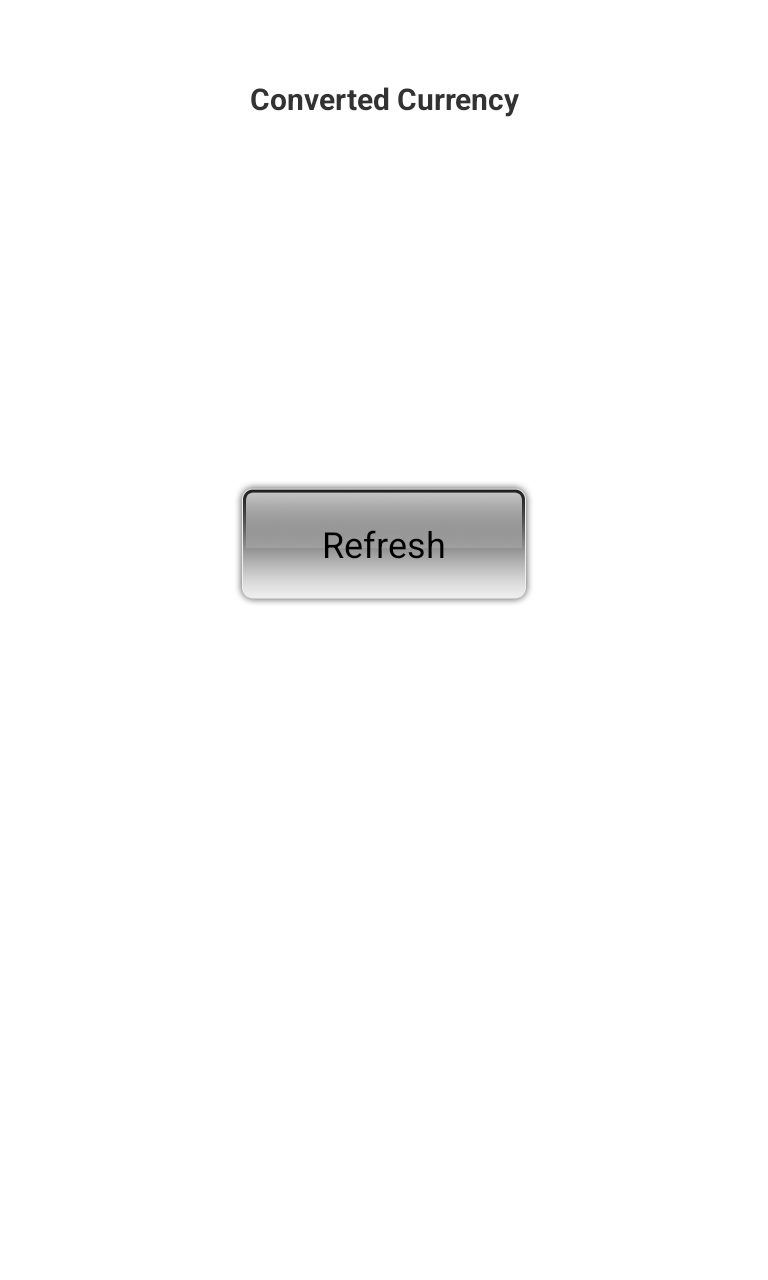
Repository: efreestone/MDF3_Freestone
Layout: ConvertIt/res/layout/activity_main.xml
The author's editor kept a copy of each file at every save. The layout is drawn from the files as they stood at one save, then again after the next save.
It is drawn on a 768 x 1280 px phone screen (xhdpi) without system bars, with theme AppTheme; the app's code is not run.

Above is the layout before, as saved 2014-07-11 01:35:11.

### ConvertIt/res/layout/activity_main.xml
<?xml version="1.0" encoding="utf-8"?>
<LinearLayout xmlns:android="http://schemas.android.com/apk/res/android"
    android:id="@+id/parentView"
    android:layout_width="match_parent"
    android:layout_height="match_parent"
    android:orientation="vertical"
    >

    <TextView
        android:id="@+id/usdTV"
        android:layout_width="match_parent"
        android:layout_height="wrap_content"
        android:layout_marginTop="20dp"
        android:layout_margin="10dp"
        android:gravity="center" />

    <TextView
        android:id="@+id/convertedLabel"
        android:layout_width="match_parent"
        android:layout_height="wrap_content"
        android:gravity="center"
        android:textStyle="bold"
        android:textSize="15dp"
        android:layout_marginBottom="5dp"
        android:text="@string/convertedLabelString"/>

    <TextView
        android:id="@+id/eurTV"
        android:layout_width="match_parent"
        android:layout_height="wrap_content"
        android:gravity="center" />

    <TextView
        android:id="@+id/gbpTV"
        android:layout_width="match_parent"
        android:layout_height="wrap_content"
        android:gravity="center" />

    <TextView
        android:id="@+id/inrTV"
        android:layout_width="match_parent"
        android:layout_height="wrap_content"
        android:gravity="center" />

    <TextView
        android:id="@+id/cadTV"
        android:layout_width="match_parent"
        android:layout_height="wrap_content"
        android:gravity="center" />

    <TextView
        android:id="@+id/audTV"
        android:layout_width="match_parent"
        android:layout_height="wrap_content"
        android:gravity="center" />

    <TextView
        android:id="@+id/mxnTV"
        android:layout_width="match_parent"
        android:layout_height="wrap_content"
        android:gravity="center" />

    <TextView
        android:id="@+id/cnyTV"
        android:layout_width="match_parent"
        android:layout_height="wrap_content"
        android:gravity="center" />

    <TextView
        android:id="@+id/myrTV"
        android:layout_width="match_parent"
        android:layout_height="wrap_content"
        android:gravity="center" />

    <TextView
        android:id="@+id/aedTV"
        android:layout_width="match_parent"
        android:layout_height="wrap_content"
        android:gravity="center" />

    <Button
        android:id="@+id/refreshButton"
        android:layout_width="wrap_content"
        android:layout_height="wrap_content"
        android:layout_gravity="center"
        android:layout_margin="5dp"
        android:clickable="true"
        android:background="@drawable/button_background"
        android:text="@string/refreshButton"
        android:width="150dp" />



</LinearLayout>

### ConvertIt/res/values/strings.xml
<?xml version="1.0" encoding="utf-8"?>
<resources>

    <string name="app_name">MDF3Project1</string>
    <string name="hello_world">Hello world!</string>
    <string name="action_settings">Settings</string>

    <string name="refreshButton">Refresh</string>

    <string name="noConnectionTitle">Connection Error</string>
    <string name="noConnectionAlert">This application requires internet access. Please check your network connection and try again.</string>

    <string name="noFileTitle">File does not exist</string>
    <string name="noFileAlert">The file does not exist on your device so it was requested from the API. Select Refresh to update the ListView</string>

    <string name="convertedLabelString">Converted Currency</string>

</resources>

### ConvertIt/res/drawable-hdpi/button_background.xml
<?xml version="1.0" encoding="utf-8"?>
<selector xmlns:android="http://schemas.android.com/apk/res/android" >
    <!-- Button Image when pressed -->
    <item
        android:drawable="@drawable/gradient_pressed_9patch"
        android:state_pressed="true"/>

    <!-- Button Image -->
    <item
        android:drawable="@drawable/gradient_9patch"/>



</selector>

### ConvertIt/res/drawable-ldpi/button_background.xml
<?xml version="1.0" encoding="utf-8"?>
<selector xmlns:android="http://schemas.android.com/apk/res/android" >
    <!-- Button Image when pressed -->
    <item
        android:drawable="@drawable/gradient_pressed_9patch"
        android:state_pressed="true"/>

    <!-- Button Image -->
    <item
        android:drawable="@drawable/gradient_9patch"/>



</selector>

### ConvertIt/res/drawable-mdpi/button_background.xml
<?xml version="1.0" encoding="utf-8"?>
<selector xmlns:android="http://schemas.android.com/apk/res/android" >
    <!-- Button Image when pressed -->
    <item
        android:drawable="@drawable/gradient_pressed_9patch"
        android:state_pressed="true"/>

    <!-- Button Image -->
    <item
        android:drawable="@drawable/gradient_9patch"/>



</selector>

### ConvertIt/res/drawable-xhdpi/button_background.xml
<?xml version="1.0" encoding="utf-8"?>
<selector xmlns:android="http://schemas.android.com/apk/res/android" >
    <!-- Button Image when pressed -->
    <item
        android:drawable="@drawable/gradient_pressed_9patch"
        android:state_pressed="true"/>

    <!-- Button Image -->
    <item
        android:drawable="@drawable/gradient_9patch"/>



</selector>

### ConvertIt/res/drawable-xxhdpi/button_background.xml
<?xml version="1.0" encoding="utf-8"?>
<selector xmlns:android="http://schemas.android.com/apk/res/android" >
    <!-- Button Image when pressed -->
    <item
        android:drawable="@drawable/gradient_pressed_9patch"
        android:state_pressed="true"/>

    <!-- Button Image -->
    <item
        android:drawable="@drawable/gradient_9patch"/>



</selector>

Loaded but not shown: ConvertIt/res/values/styles.xml (common file); ConvertIt/res/values-v11/styles.xml (common file); ConvertIt/res/values-v14/styles.xml (common file)

After the next save:
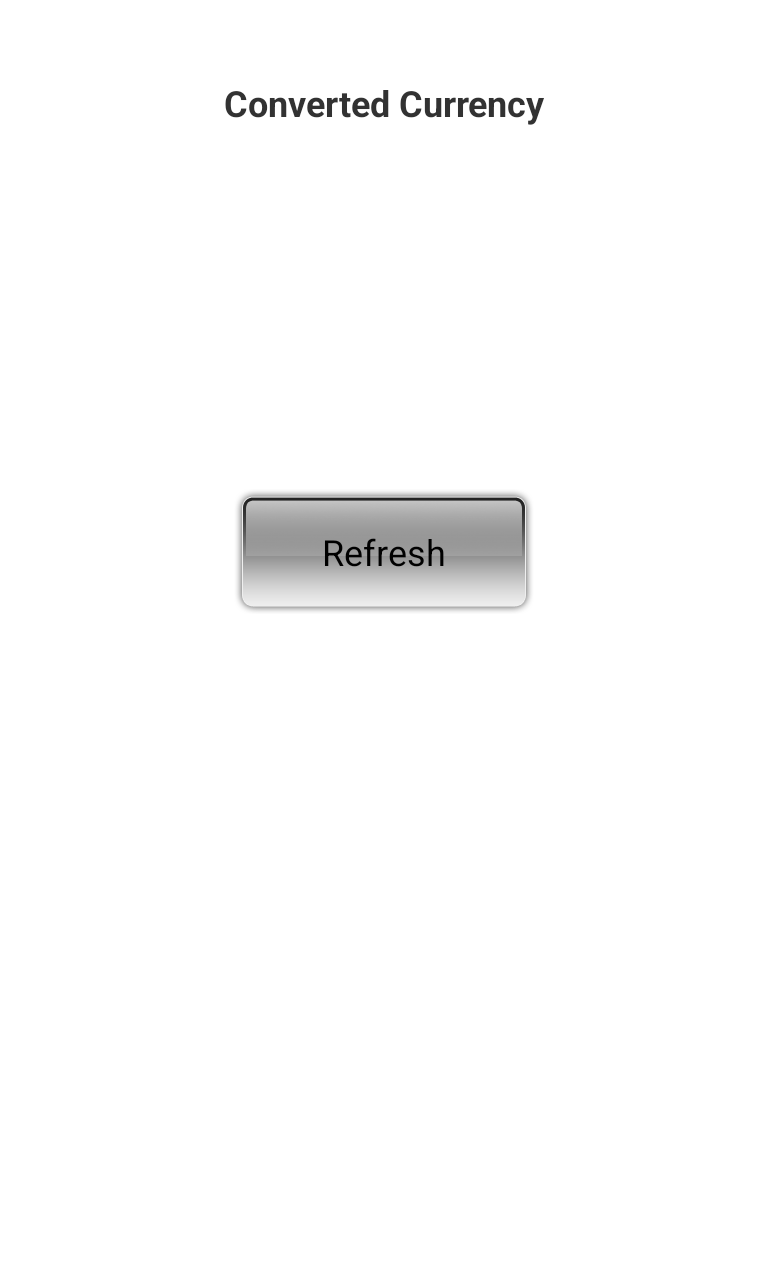
Saved 19 s later.
--- a/ConvertIt/res/layout/activity_main.xml
+++ b/ConvertIt/res/layout/activity_main.xml
@@ -20,7 +20,7 @@
         android:layout_height="wrap_content"
         android:gravity="center"
         android:textStyle="bold"
-        android:textSize="15dp"
+        android:textSize="18dp"
         android:layout_marginBottom="5dp"
         android:text="@string/convertedLabelString"/>
 
